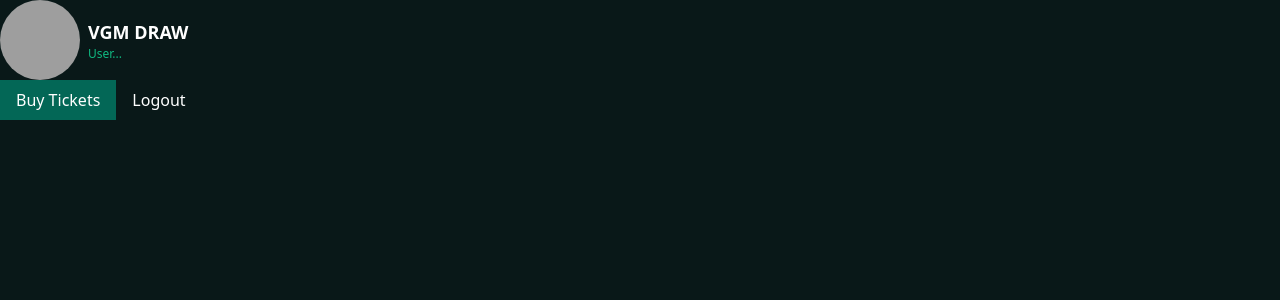
Repository: venu-369/lottery-web3
Page: /
These files come from the project's save history. The page is drawn as it stood at one moment and after the next save; the edit follows.
The browser window is 1280 px wide. The pictures show the whole page.
Pictures or frames that could not be fetched are drawn as grey boxes. The project was rebuilt for these pictures with package versions that can differ from the ones it lists, and the page was loaded fresh each time. The framework's server and built-in components were replaced by stand-ins that run in the browser. Also part of the build but not shown: next.config.js.

Above is the page before, as saved 2023-01-11 14:15:32.

After the next save:
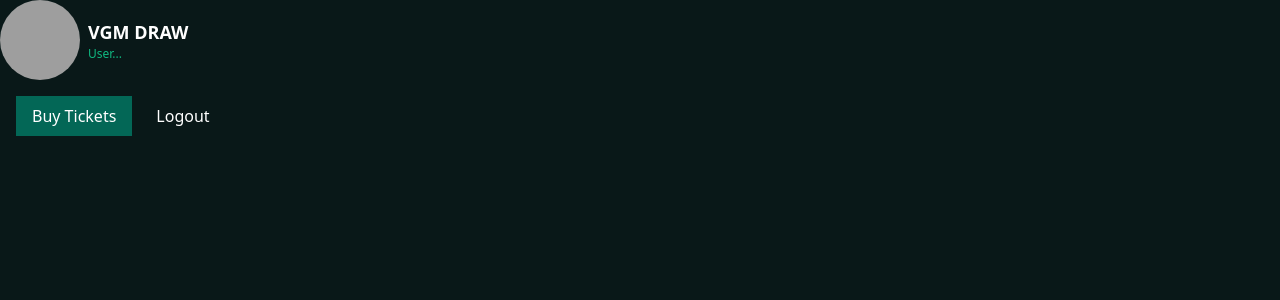
Saved 10 min 46 s later.
--- a/components/Header.tsx
+++ b/components/Header.tsx
@@ -18,7 +18,7 @@
 
      </div>
      <div>
-        <div className='bf-[#0a1f1c]'>
+        <div className='bf-[#0a1f1c] p-4 space-x-2'>
         <NavButton isActive title="Buy Tickets"/>
         <NavButton title="Logout"/>
         </div>
